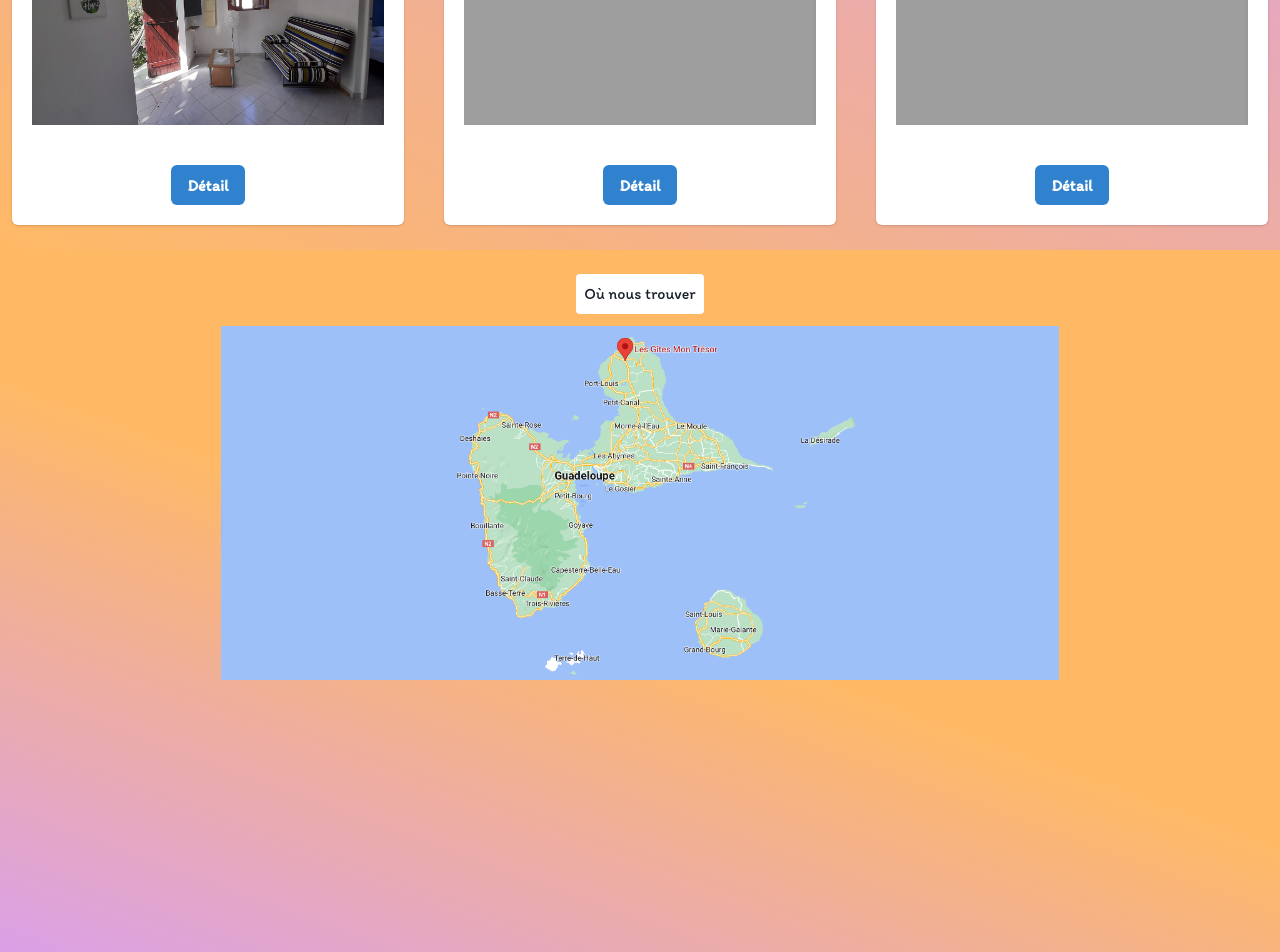
Repository: All-Khwarizmi/gites-v2
Page: /
The author's editor kept a copy of each file at every save. The page is drawn from the files as they stood at one save, then again after the next save.
The browser window is 1280 px wide. The pictures show the part of the page from y = 1190 to 2142 px (the page is 2160 px tall).
Pictures or frames that could not be fetched are drawn as grey boxes. The project was rebuilt for these pictures with package versions that can differ from the ones it lists, and the page was loaded fresh each time. The framework's server and built-in components were replaced by stand-ins that run in the browser. Also part of the build but not shown: next.config.js, next.config.mjs.

Above is the page before, as saved 2023-02-03 19:17:41.

After the next save:
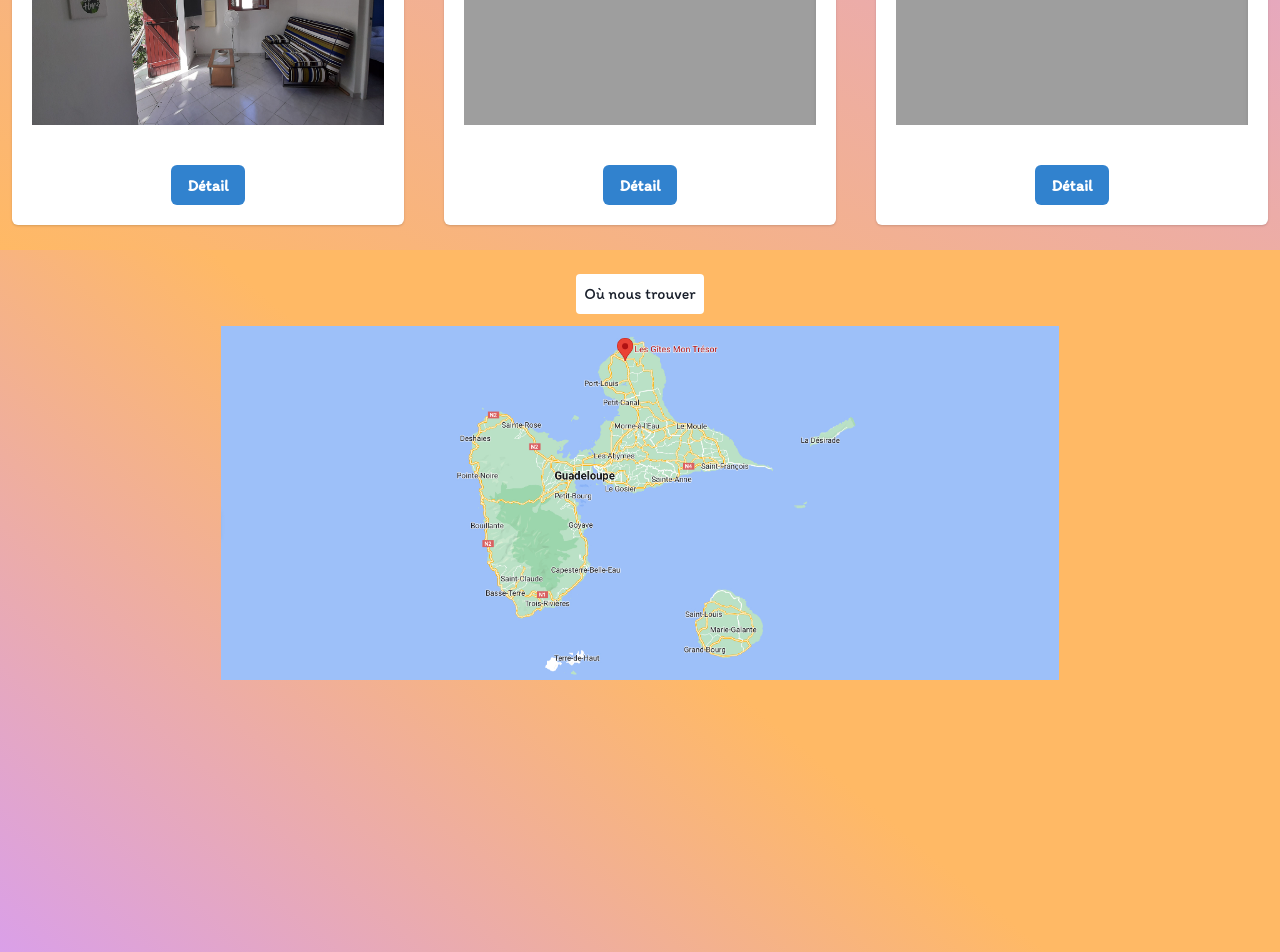
Saved 5 s later.
--- a/src/styles/globals.css
+++ b/src/styles/globals.css
@@ -43,7 +43,7 @@ body {
 }
 .section-2 {
   background-image: linear-gradient(
-    20deg,
+    2200deg,
    var(--colorTwo) 0%,
     var(--colorOne) 50%
   );
